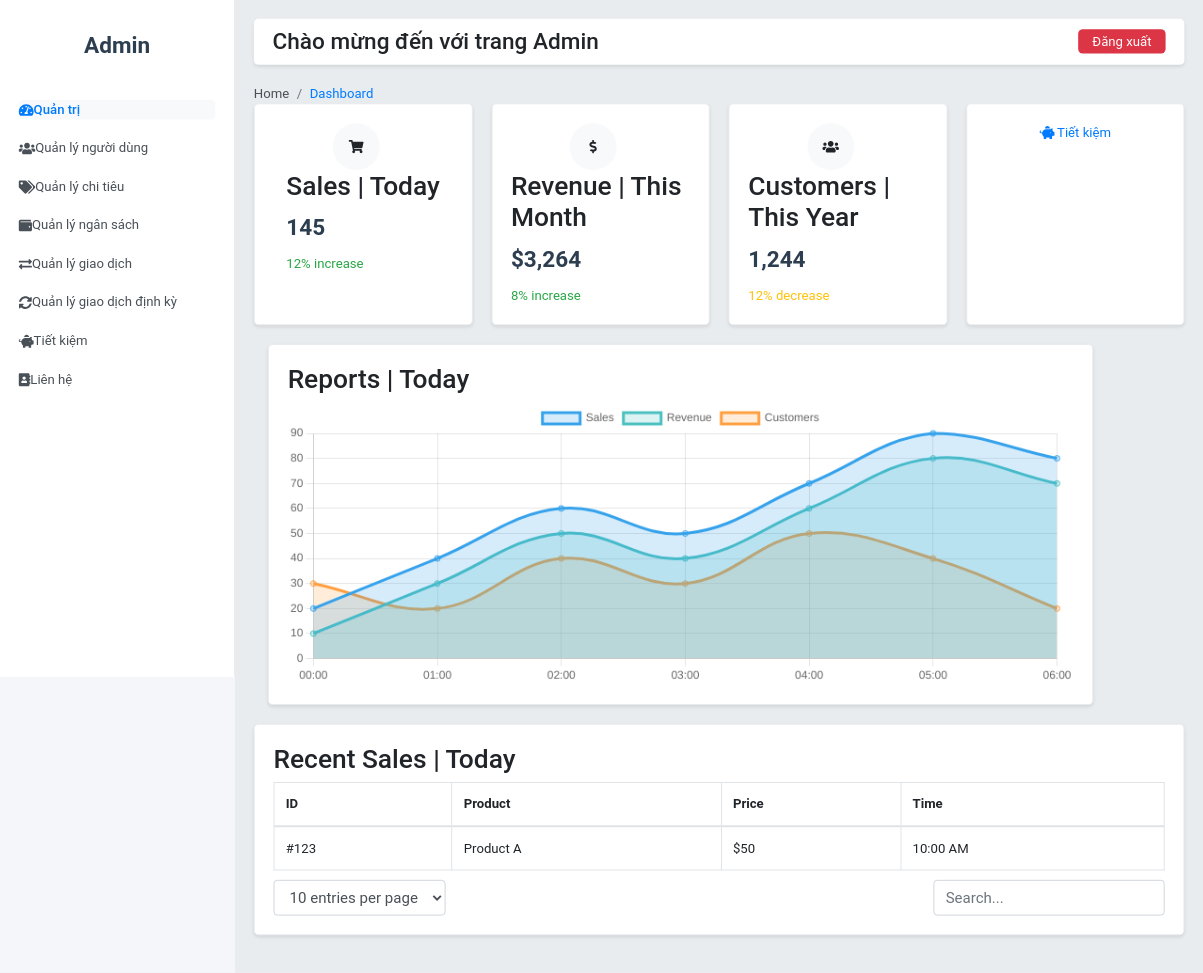
Repository: PhanVanHoa051204/Project3
Page: http://localhost/Project3/dashboard.jsp
These files come from the project's save history. The page is drawn as it stood at one moment and after the next save; the edit follows.
The browser window is 1280 px wide. The pictures show the whole page, at 94% of full size.
The page is served by Tomcat 9.

Above is the page before, as saved 2025-03-14 18:48:28.
Console error: TypeError: Cannot read properties of null (reading 'getContext')

After the next save:
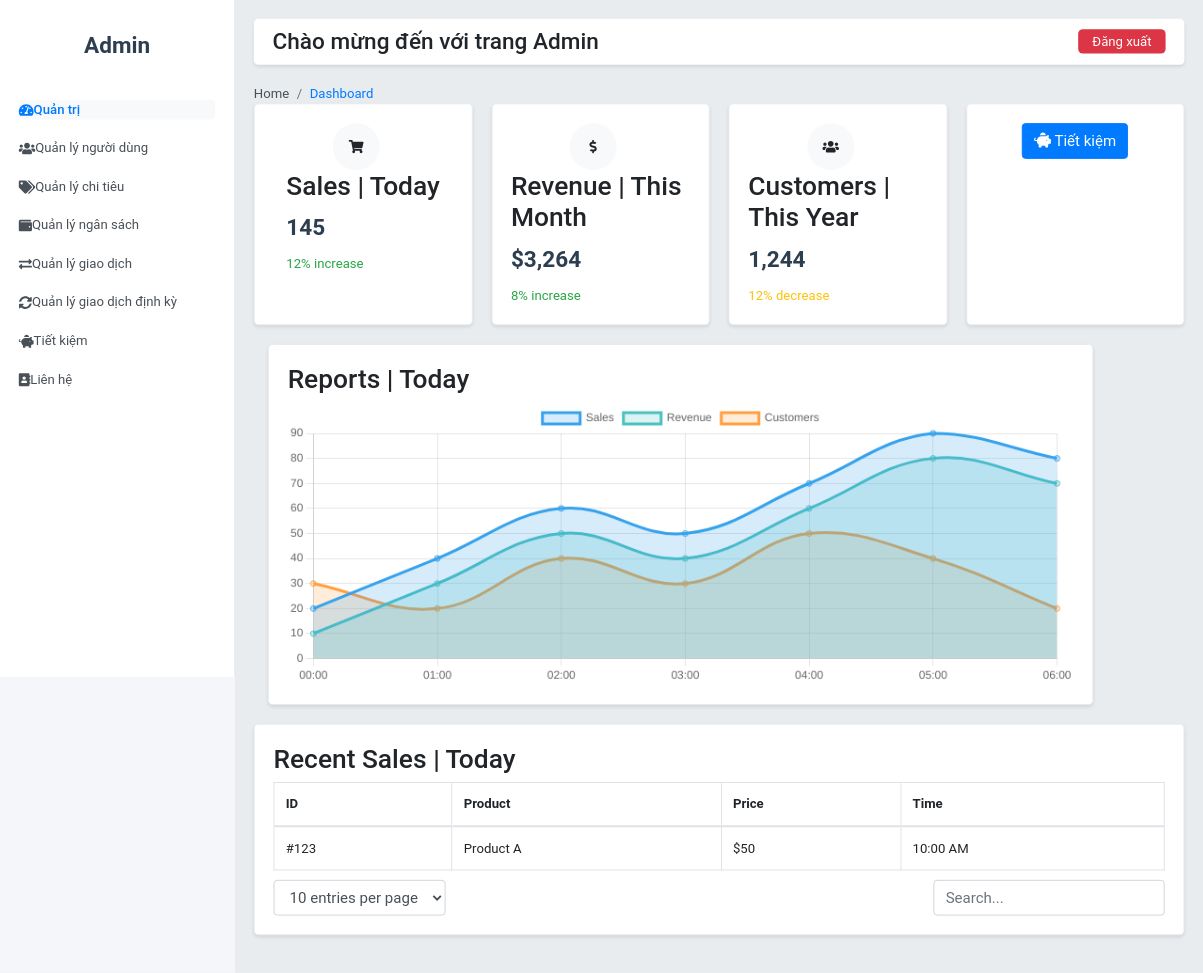
Saved 2 min 32 s later.
--- a/PhanVanHoa_2210900023_K22CNT1/Project3/src/main/webapp/dashboard.jsp
+++ b/PhanVanHoa_2210900023_K22CNT1/Project3/src/main/webapp/dashboard.jsp
@@ -99,7 +99,7 @@
 						</div>
 						<div class="card stats-card">
 							<div class="card-content">
-								<a href="${pageContext.request.contextPath}/TietKiem/goals.jsp"><i
+								<a href="${pageContext.request.contextPath}/TietKiem/goals.jsp" class="btn btn-primary"><i
 									class="fas fa-piggy-bank"></i> Tiết kiệm</a>
 							</div>
 						</div>

After the save that followed:
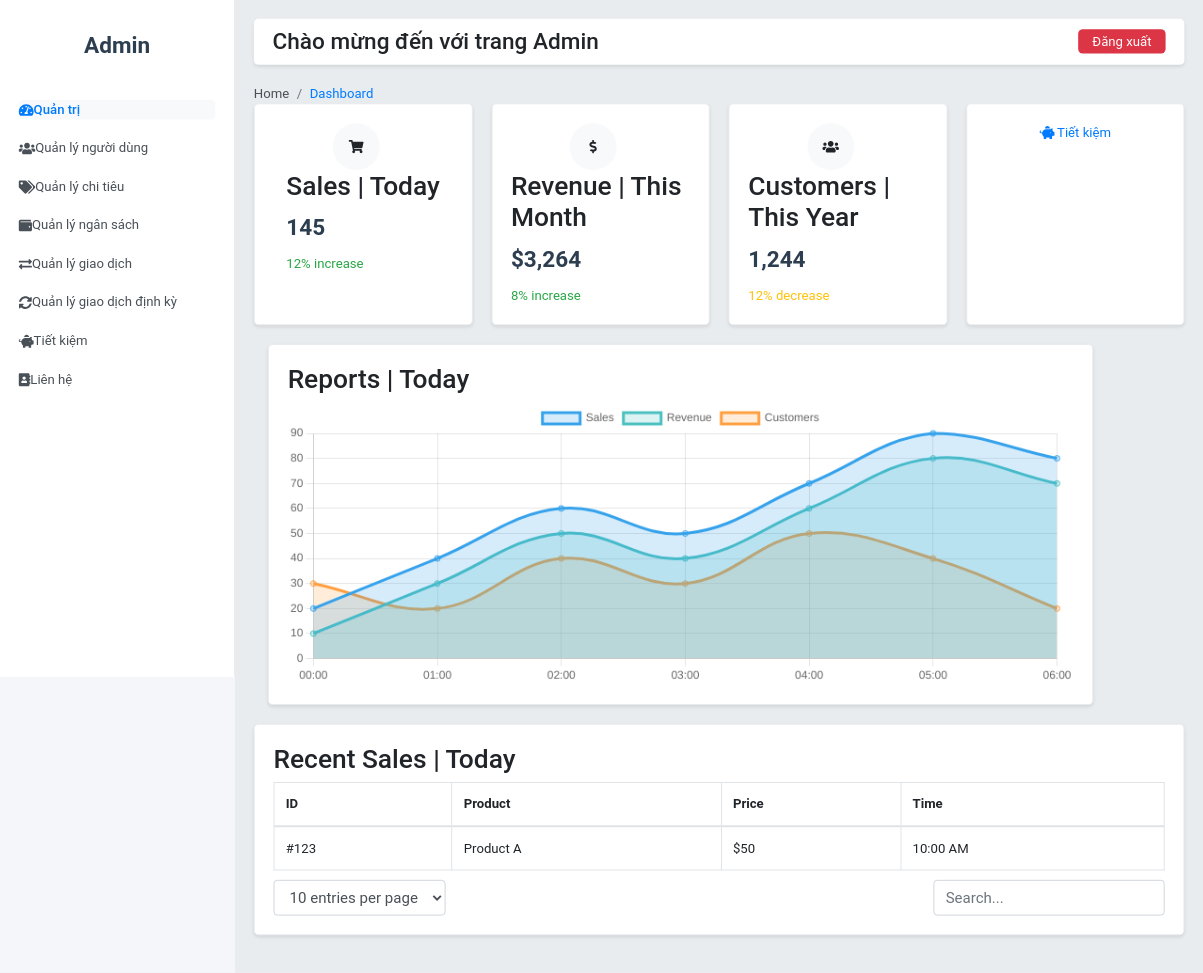
Saved 16 s later.
--- a/PhanVanHoa_2210900023_K22CNT1/Project3/src/main/webapp/dashboard.jsp
+++ b/PhanVanHoa_2210900023_K22CNT1/Project3/src/main/webapp/dashboard.jsp
@@ -99,7 +99,7 @@
 						</div>
 						<div class="card stats-card">
 							<div class="card-content">
-								<a href="${pageContext.request.contextPath}/TietKiem/goals.jsp" class="btn btn-primary"><i
+								<a href="${pageContext.request.contextPath}/TietKiem/goals.jsp" class=""><i
 									class="fas fa-piggy-bank"></i> Tiết kiệm</a>
 							</div>
 						</div>
